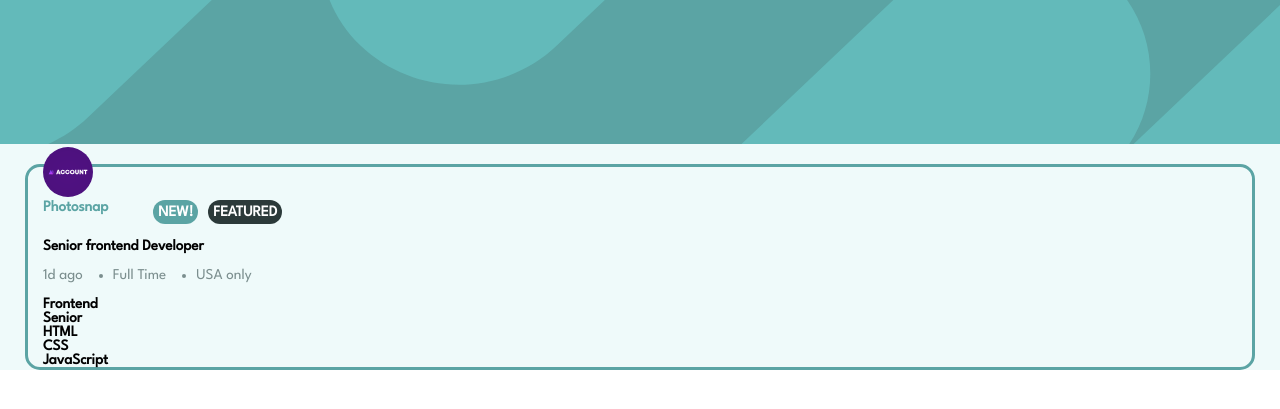
Repository: DevLaukey/job-listing
Page: /
An editor plug-in stored every save of this project. The page is shown before and after the next save, followed by the edit.
The browser window is 1280 px wide. The pictures show the whole page.
Some web fonts or font styles are not loaded; a fallback is used. The project was rebuilt for these pictures with package versions that can differ from the ones it lists, and the page was loaded fresh each time.

Above is the page before, as saved 2022-06-02 16:55:58.

### src/App.js
import "./App.css";
import Header from "./components/Header";
import Tablet from "./components/Tablet";

function App() {
  return (
    <div className="App">
      <Header />
      <div className="content">
        <Tablet />
      </div>
    </div>
  );
}

export default App;

### src/App.css
@import url('https://fonts.googleapis.com/css2?family=Grape+Nuts&family=League+Spartan&display=swap');
*{
  margin: 0;
  padding: 0;
  box-sizing: border-box;
}
.App{
  background-color: hsl(180, 52%, 96%);
  font-size: 15px;
}

### src/components/Header.js
import React from 'react'
import "./styles.css"

function Header() {
  return (
    <header className='header'></header>
  )
}

export default Header

### src/components/Tablet.js
import React from "react";
import "./styles.css";
import account from "../assets/account.svg";

function Tablet() {
  const img = account;

  return (
    <div className="tablet">
      <div className="tablet_content">
        <img className="image" src={img} alt="" />

        <div className="heading">
          <div className="company">
            <p>Photosnap</p>
          </div>
          <div className="new">
            <p>NEW!</p>
          </div>
          <div className="featured">
            <p>FEATURED</p>
          </div>
        </div>
        <div className="title">
          <p>Senior frontend Developer</p>
        </div>
        <div className="details">
          <p>1d ago</p>
          <ul className="list">
            <li> Full Time</li>
            <li className="country"> USA only</li>
          </ul>
        </div>
              <hr className="line" />
              <div className="tags">
                 <p className="category">Frontend</p>
                 <p className="category">Senior</p>
                 <p className="category">HTML</p>
                 <p className="category">CSS</p>
                 <p className="category">JavaScript</p>
              </div>
      </div>
    </div>
  );
}

export default Tablet;

### src/components/styles.css
.header{
background-image: url(../assets/bg-header-mobile.svg);
padding: 10vh;
background-color: hsl(180, 29%, 50%)

}
.tablet{
    border: 3px solid  hsl(180, 29%, 50%);
    border-radius: 15px;
    margin: 20px 25px 20px 25px;
}
.tablet_content{
 margin-left: 15px;
 margin-right: 25px;
 font-family: 'League Spartan', sans-serif;
  font-weight: 700;
    align-items: center;
}
.image{
    height: 50px;
    margin-top: -20px;
}
.heading{
    display:flex;
}
.company{
color: hsl(180, 29%, 50%);
margin-right:3em;
}
.new{
    background-color:hsl(180, 29%, 50%);
    padding: 5px;
    color:white;
    border-radius: 25px;
    margin-right:10px ;
}
.featured{
     background-color: hsl(180, 14%, 20%);
    padding: 5px;
    color:white;
    border-radius: 25px;
}
.title{
    margin-top: 15px;
}
.details{
    display: flex;
    color: hsl(180, 8%, 52%);
    font-weight:400;
    margin-top: 15px;
    margin-bottom: 15px;
}
.list{
    display: flex;
    margin-left: 2em;
}
.country{
    margin-left:2em;
}
.line{
    margin-bottom: 15px;
    color: gray;
}
/* media query */

@media screen and (min-width: 768px ){
  .header{
  background-image: url(../assets/bg-header-desktop.svg);
  }
  .line{display:none;}
}

Loaded but not shown: public/index.html (common file); src/index.js (common file); src/index.css (common file); src/reportWebVitals.js (common file)

After the next save:
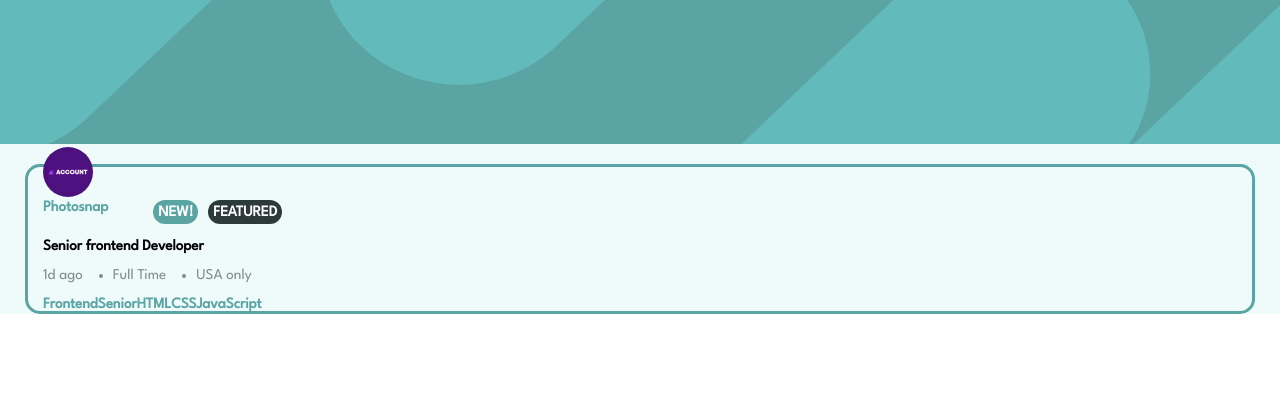
Saved 74 s later.
--- a/src/components/styles.css
+++ b/src/components/styles.css
@@ -61,6 +61,12 @@ margin-right:3em;
     margin-bottom: 15px;
     color: gray;
 }
+.tags{
+    color: hsl(180, 29%, 50%);
+    display: flex;
+}
+
+
 /* media query */
 
 @media screen and (min-width: 768px ){
